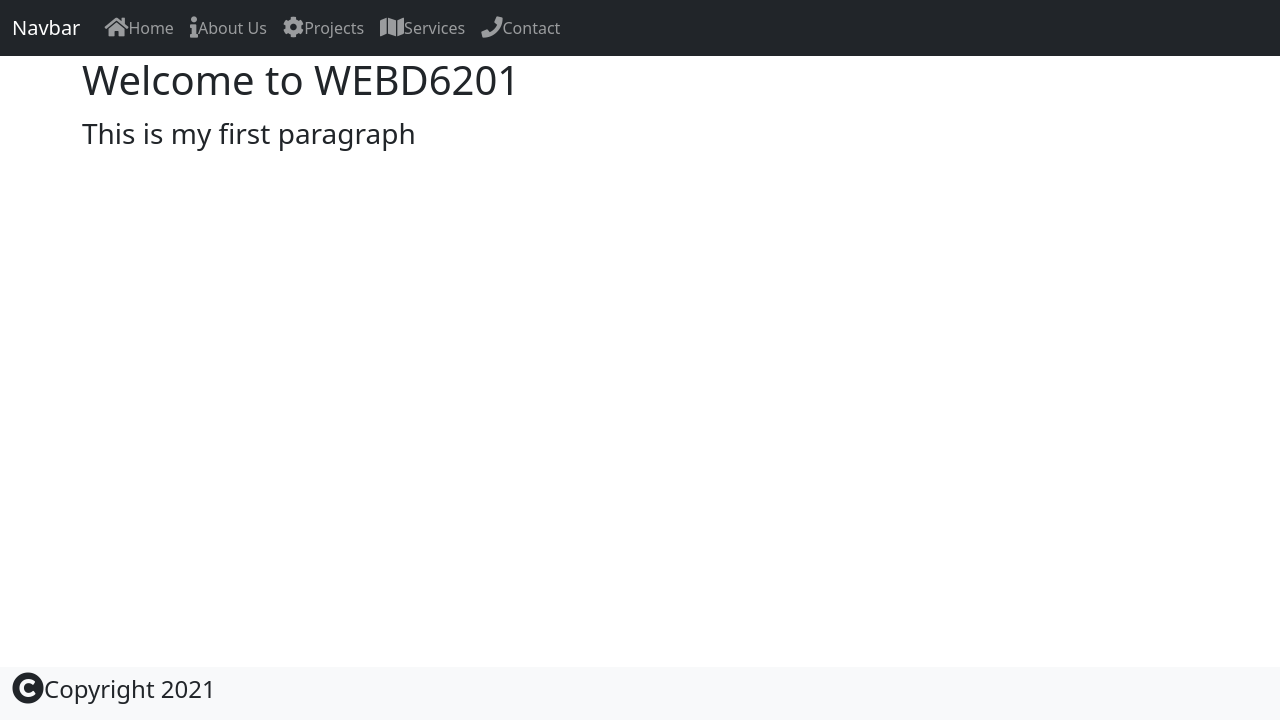
Repository: deividwsantoss/webd6201-W2021-ICE1
Page: contact.html
The author's editor kept a copy of each file at every save. The page is drawn from the files as they stood at one save, then again after the next save.
The browser window is 1280 px wide. The pictures show the whole page.

Above is the page before, as saved 2021-02-02 11:52:18.

### contact.html
<!DOCTYPE html>
<html lang="en">
<head>
    <meta charset="UTF-8">
    <meta name="viewport" content="width=device-width, initial-scale=1.0">
    <title>WEBD6201 - W2021 - ICE 1</title>
</head>
<!-- CSS SECTION -->
<link rel="stylesheet" href="./node_modules/bootstrap/dist/css/bootstrap.min.css">
<link rel="stylesheet" href="./node_modules/@fortawesome/fontawesome-free/css/all.min.css">
<link rel="stylesheet" href="./Content/app.css">

<body>
    <header>
        <nav class="navbar navbar-expand-lg navbar-dark bg-dark">
            <div class="container-fluid">
              <a class="navbar-brand" href="#">Navbar</a>
              <button class="navbar-toggler" type="button" data-bs-toggle="collapse" data-bs-target="#navbarSupportedContent" aria-controls="navbarSupportedContent" aria-expanded="false" aria-label="Toggle navigation">
                <span class="navbar-toggler-icon"></span>
              </button>
              <div class="collapse navbar-collapse" id="navbarSupportedContent">
                <ul class="navbar-nav me-auto mb-2 mb-lg-0">
                  <li class="nav-item">
                    <a class="nav-link" aria-current="page" href="#"><i class="fas fa-home fa-lg"></i>Home</a>
                  </li>
                  <li class="nav-item">
                    <a class="nav-link" aria-current="page" href="#"><i class="fas fa-info fa-lg"></i>About Us</a>
                  </li>
                  <li class="nav-item">
                    <a class="nav-link" aria-current="page" href="#"><i class="fas fa-cog fa-lg"></i>Projects</a>
                  </li>
                  <li class="nav-item">
                    <a class="nav-link" aria-current="page" href="#"><i class="fas fa-map fa-lg"></i>Services</a>
                  </li>
                  <li class="nav-item">
                    <a class="nav-link" aria-current="page" href="#"><i class="fas fa-phone fa-lg"></i>Contact</a>
                  </li>

                </ul>

              </div>
            </div>
          </nav>
    </header>
    <main class="container">

        <h1>Welcome to WEBD6201 </h1>
        <p id="paragraphOne"> </p>
    </main>

    <footer>
        <nav class="navbar fixed-bottom navbar-light bg-light">
            <div class="container-fluid">
                <h4><i class="fas fa-copyright fa-lg"></i>Copyright 2021 </h4>
            </div>
          </nav>

    </footer>
    <!-- Script Section-->
    <script src="./node_modules/jquery/dist/jquery.min.js"></script>
    <script src="./node_modules/bootstrap/dist/js/bootstrap.bundle.min.js"></script>
    <script src="./Scripts/app.js"></script>
</body>
</html>

### Scripts/app.js
/* Custom JavaScript goes here */


// IIFE -
//AKA - Anonymous self-excuting function

"use strict";

(function()
{


    function Start()
    {
        console.log("App Started...")

        let paragraphOneText = "This is a simple site to demonstrate DOM manipulation for ICE 1";
        let paragraphOneElement = document.getElementById("paragraphOne");

        //let paragraphOneParagraph = document.getElementsByTagName("p")[0];
        //let paragraphOneQuery = document.querySelector("p");
        //let paragraphOneQuerys = document.querySelectorAll("p")[0];

        paragraphOneElement.textContent = paragraphOneText;
        paragraphOneElement.className = "fs-5";

        //SECOND METHOD
        //Step 1. document.createElement
        let newParagraph = document.createElement("p");
        //configure the element
        newParagraph.setAttribute("id", "paragraphTwo");
        newParagraph.textContent = "... And this is Paragraph Two";
        //step 3. Select the parent element
        let mainContent = document.getElementsByTagName("main")[0];
        //step 4. Add / Insert the element
        mainContent.appendChild(newParagraph);

        newParagraph.className = "fs-5";

        //  Another way to insert
        let paragraphDiv = document.createElement('div');
          let paragraphThree = `<p class="fs-7 fw-bold">And this is the Third Paragraph</p>`
        paragraphDiv.innerHTML = paragraphThree;

        newParagraph.before(paragraphDiv);

        // Deletions

        //removing simple element
        // paragraphOneElement.remove();

        //example of remove child
        // mainContent.removeChild(paragraphOneElement);

        // UPDATE - MODIFICATION

        //mainContent.firstElementChild.textContent = "Welcome Home";

        mainContent.innerHTML =
        `<h1 id="firstHeading">Welcome to WEBD6201 </h1>
        <p id="paragraphOne" class="fs-3">This is my first paragraph</p>
        `


    }
    window.addEventListener("load", Start);


})();

Loaded but not shown: node_modules/bootstrap/dist/css/bootstrap.min.css (library); node_modules/@fortawesome/fontawesome-free/css/all.min.css (library); node_modules/jquery/dist/jquery.min.js (library); node_modules/bootstrap/dist/js/bootstrap.bundle.min.js (library); Content/app.css (no stored copy; drawn as an empty file)

After the next save:
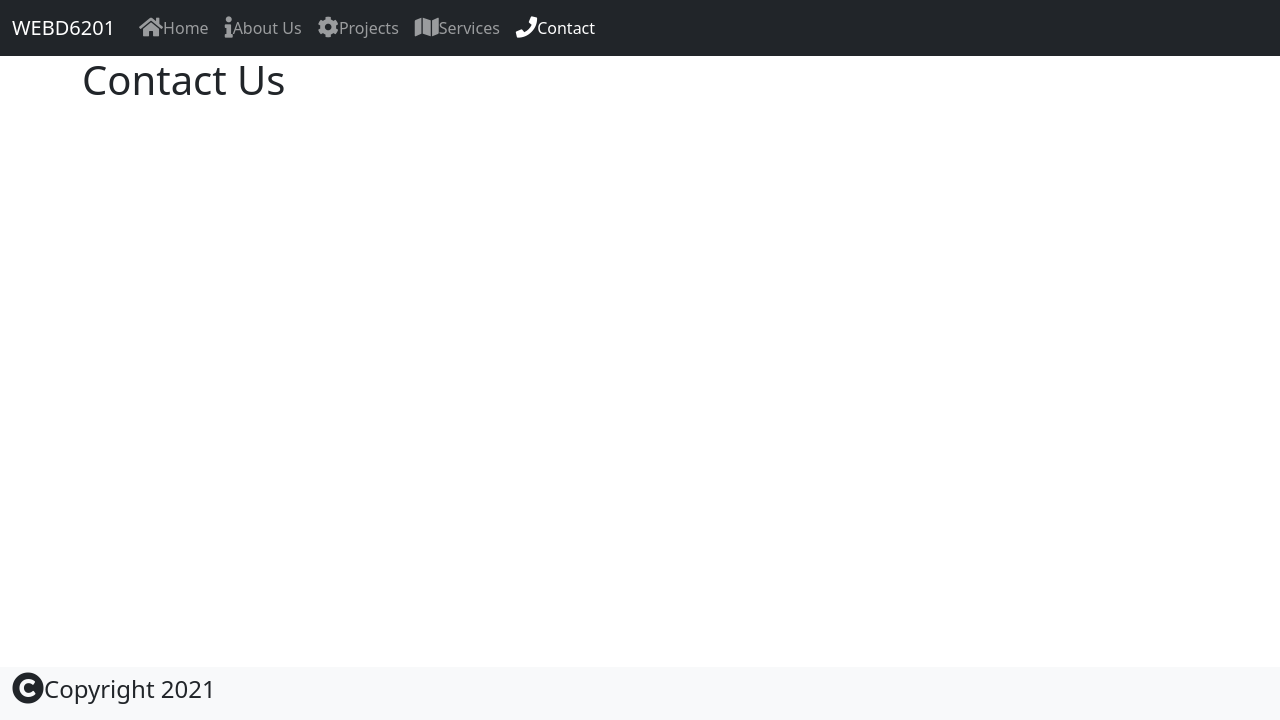
Console error: TypeError: Cannot set properties of null (setting 'textContent')
Saved 111 s later.
--- a/contact.html
+++ b/contact.html
@@ -3,7 +3,7 @@
 <head>
     <meta charset="UTF-8">
     <meta name="viewport" content="width=device-width, initial-scale=1.0">
-    <title>WEBD6201 - W2021 - ICE 1</title>
+    <title>Contact</title>
 </head>
 <!-- CSS SECTION -->
 <link rel="stylesheet" href="./node_modules/bootstrap/dist/css/bootstrap.min.css">
@@ -11,29 +11,31 @@
 <link rel="stylesheet" href="./Content/app.css">
 
 <body>
+    <!-- MAIN HEADER-->
     <header>
+        <!-- Main Navegation-->
         <nav class="navbar navbar-expand-lg navbar-dark bg-dark">
             <div class="container-fluid">
-              <a class="navbar-brand" href="#">Navbar</a>
+              <a class="navbar-brand" href="Index.html">WEBD6201</a>
               <button class="navbar-toggler" type="button" data-bs-toggle="collapse" data-bs-target="#navbarSupportedContent" aria-controls="navbarSupportedContent" aria-expanded="false" aria-label="Toggle navigation">
                 <span class="navbar-toggler-icon"></span>
               </button>
               <div class="collapse navbar-collapse" id="navbarSupportedContent">
                 <ul class="navbar-nav me-auto mb-2 mb-lg-0">
                   <li class="nav-item">
-                    <a class="nav-link" aria-current="page" href="#"><i class="fas fa-home fa-lg"></i>Home</a>
+                    <a class="nav-link" aria-current="page" href="Index.html"><i class="fas fa-home fa-lg"></i>Home</a>
                   </li>
                   <li class="nav-item">
-                    <a class="nav-link" aria-current="page" href="#"><i class="fas fa-info fa-lg"></i>About Us</a>
+                    <a class="nav-link" aria-current="page" href="about.html"><i class="fas fa-info fa-lg"></i>About Us</a>
                   </li>
                   <li class="nav-item">
-                    <a class="nav-link" aria-current="page" href="#"><i class="fas fa-cog fa-lg"></i>Projects</a>
+                    <a class="nav-link" aria-current="page" href="projects.html"><i class="fas fa-cog fa-lg"></i>Projects</a>
                   </li>
                   <li class="nav-item">
-                    <a class="nav-link" aria-current="page" href="#"><i class="fas fa-map fa-lg"></i>Services</a>
+                    <a class="nav-link" aria-current="page" href="services.html"><i class="fas fa-map fa-lg"></i>Services</a>
                   </li>
                   <li class="nav-item">
-                    <a class="nav-link" aria-current="page" href="#"><i class="fas fa-phone fa-lg"></i>Contact</a>
+                    <a class="nav-link active" aria-current="page" href="contact.html"><i class="fas fa-phone fa-lg"></i>Contact</a>
                   </li>
 
                 </ul>
@@ -42,12 +44,14 @@
             </div>
           </nav>
     </header>
+    <!-- Main content-->
     <main class="container">
 
-        <h1>Welcome to WEBD6201 </h1>
-        <p id="paragraphOne"> </p>
+        <h1>Contact Us</h1>
+
     </main>
 
+    <!-- Main Footer -->
     <footer>
         <nav class="navbar fixed-bottom navbar-light bg-light">
             <div class="container-fluid">
